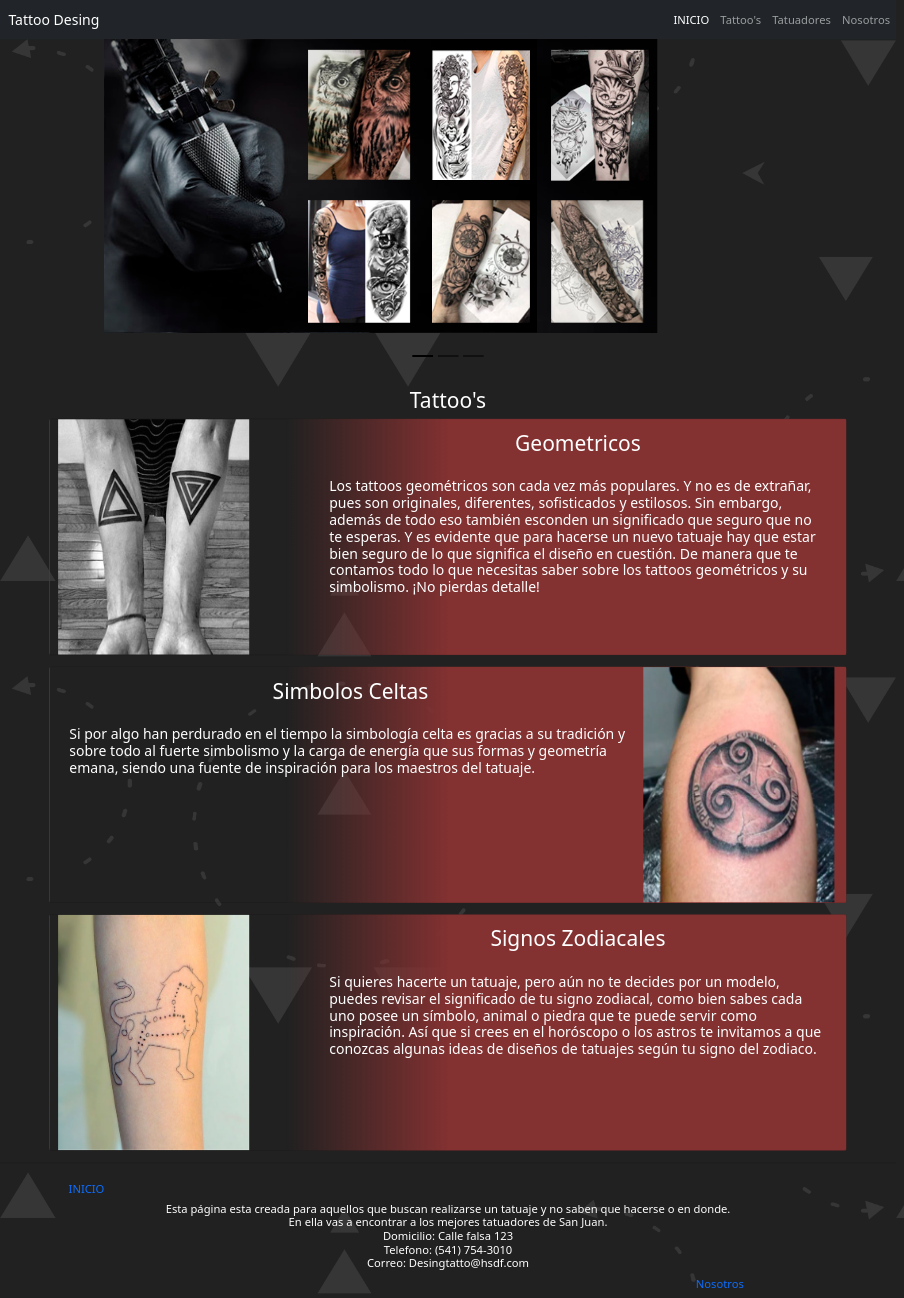
Repository: Vladimir-22/TatooDesign
Page: index.html
The author's editor kept a copy of each file at every save. The page is drawn from the files as they stood at one save, then again after the next save.
The browser window is 1280 px wide. The page is 1292 px wide, so the pictures cover 1292 px, including what lies to the right of the window. The pictures show the whole page, at 70% of full size.
Some web libraries are served in a nearby version.

Above is the page before, as saved 2021-05-19 23:04:54.

### index.html
<!DOCTYPE html>
<html lang="es">
  <head>
    <meta charset="UTF-8" />
    <meta http-equiv="X-UA-Compatible" content="IE=edge" />
    <meta name="viewport" content="width=device-width, initial-scale=1.0" />
    <link
      href="https://cdn.jsdelivr.net/npm/bootstrap@5.0.0-beta3/dist/css/bootstrap.min.css"
      rel="stylesheet"
      integrity="sha384-eOJMYsd53ii+scO/bJGFsiCZc+5NDVN2yr8+0RDqr0Ql0h+rP48ckxlpbzKgwra6"
      crossorigin="anonymous"
    />
    <script
      src="https://cdn.jsdelivr.net/npm/bootstrap@5.0.0-beta3/dist/js/bootstrap.bundle.min.js"
      integrity="sha384-JEW9xMcG8R+pH31jmWH6WWP0WintQrMb4s7ZOdauHnUtxwoG2vI5DkLtS3qm9Ekf"
      crossorigin="anonymous"
    ></script>
    <script
      src="https://cdn.jsdelivr.net/npm/bootstrap@5.0.0-beta3/dist/js/bootstrap.bundle.min.js"
      integrity="sha384-JEW9xMcG8R+pH31jmWH6WWP0WintQrMb4s7ZOdauHnUtxwoG2vI5DkLtS3qm9Ekf"
      crossorigin="anonymous"
    ></script>
    <script
      src="https://cdn.jsdelivr.net/npm/@popperjs/core@2.9.1/dist/umd/popper.min.js"
      integrity="sha384-SR1sx49pcuLnqZUnnPwx6FCym0wLsk5JZuNx2bPPENzswTNFaQU1RDvt3wT4gWFG"
      crossorigin="anonymous"
    ></script>
    <script
      src="https://cdn.jsdelivr.net/npm/bootstrap@5.0.0-beta3/dist/js/bootstrap.min.js"
      integrity="sha384-j0CNLUeiqtyaRmlzUHCPZ+Gy5fQu0dQ6eZ/xAww941Ai1SxSY+0EQqNXNE6DZiVc"
      crossorigin="anonymous"
    ></script>
    <link
      rel="stylesheet"
      href="https://use.fontawesome.com/releases/v5.8.1/css/all.css"
      integrity="sha384-50oBUHEmvpQ+1lW4y57PTFmhCaXp0ML5d60M1M7uH2+nqUivzIebhndOJK28anvf"
      crossorigin="anonymous"
    />
    <link rel="stylesheet" href="css/styles.css" />
    <title>Tattoo Desing</title>
  </head>

  <body>
    <nav class="navbar navbar-expand-lg navbar-dark bg-dark">
      <div class="container-fluid">
        <!-- <i class="fas fa-bars"></i> -->

        <div class="col-md-9">
          <a class="navbar-brand" href="#">Tattoo Desing</a>

          <button
            class="navbar-toggler"
            type="button"
            data-bs-toggle="collapse"
            data-bs-target="#navbarNav"
            aria-controls="navbarNav"
            aria-expanded="false"
            aria-label="Toggle navigation"
          >
            <span class="navbar-toggler-icon"></span>
          </button>
        </div>

        <div class="col-md-3 collapse navbar-collapse" id="navbarNav">
          <ul class="navbar-nav">
            <li class="nav-item">
              <a class="nav-link active" aria-current="page" href="#">INICIO</a>
            </li>
            <li class="nav-item">
              <a class="nav-link" href="tattoo's.html">Tattoo's</a>
            </li>
            <li class="nav-item">
              <a class="nav-link" href="tatuadores.html">Tatuadores</a>
            </li>
            <li class="nav-item">
              <a
                class="nav-link"
                href="nosotros.html"
                tabindex="-1"
                aria-disabled="true"
                >Nosotros</a
              >
            </li>
          </ul>
        </div>
      </div>
    </nav>

    <div class="container">
      <div class="row" id="carrusel">
        <div
          id="carouselExampleDark"
          class="carousel carousel-dark slide"
          data-bs-ride="carousel"
        >
          <div class="carousel-indicators">
            <button
              type="button"
              data-bs-target="#carouselExampleDark"
              data-bs-slide-to="0"
              class="active"
              aria-current="true"
              aria-label="Slide 1"
            ></button>
            <button
              type="button"
              data-bs-target="#carouselExampleDark"
              data-bs-slide-to="1"
              aria-label="Slide 2"
            ></button>
            <button
              type="button"
              data-bs-target="#carouselExampleDark"
              data-bs-slide-to="2"
              aria-label="Slide 3"
            ></button>
          </div>

          <div class="carousel-inner">
            <div class="carousel-item active" data-bs-interval="10000">
              <img
                id="imgCarrusel"
                src="./Agos/Carrusel/trae-tu-diseño.png"
                class="d-block w-20"
                alt="..."
              />
              <!-- <div class="carousel-caption d-none d-md-block">
                            <h5>First slide label</h5>
                            <p>Some representative placeholder content for the first slide.</p>
                        </div> -->
            </div>
            <div class="carousel-item" data-bs-interval="4000">
              <img
                id="imgCarrusel"
                src="./Agos/Carrusel/Tendencias.png"
                class="d-block w-20"
                alt="..."
              />
              <!-- <div class="carousel-caption d-none d-md-block">
                            <h5>Second slide label</h5>
                            <p>Some representative placeholder content for the second slide.</p>
                        </div> -->
            </div>
            <div class="carousel-item" data-bs-interval="2000">
              <img
                id="imgCarrusel"
                src="./Agos/Carrusel/Tatuadores-banner.png"
                class="d-block w-20"
                alt="..."
              />
              <!-- <div class="carousel-caption d-none d-md-block">
                            <h5>Third slide label</h5>
                            <p>Some representative placeholder content for the third slide.</p>
                        </div> -->
            </div>
          </div>

          <!-- <button class="carousel-control-prev" type="button" data-bs-target="#carouselExampleDark" data-bs-slide="prev">
                  <span class="carousel-control-prev-icon" aria-hidden="true"></span>
                  <span class="visually-hidden">Previous</span>
                </button>
                <button class="carousel-control-next" type="button" data-bs-target="#carouselExampleDark" data-bs-slide="next">
                  <span class="carousel-control-next-icon" aria-hidden="true"></span>
                  <span class="visually-hidden">Next</span>
                </button> -->
        </div>
      </div>

      <div class="row section2 text-center">
        <h1>Tattoo's</h1>
      </div>

      <div class="row">
        <!-- <div class="card mb-3">
                <img src="./Pedro/Categorías - Signos Zodiacales/Simbolos Celtas.PNG" class="card-img-top" alt="...">
                <div class="card-body">
                    <h5 class="card-title">Card title</h5>
                    <p class="card-text">This is a wider card with supporting text below as a natural lead-in to additional content. This content is a little bit longer.</p>
                    <p class="card-text"><small class="text-muted">Last updated 3 mins ago</small></p>
                </div>
            </div> -->

        <div id="Geometricos" class="card mb-3" style="max-width: auto">
          <div class="row g-0">
            <div class="col-md-4">
              <img
                id="imagen"
                src="./Pedro/Categorías - descripcion inicio/Tatuajes Geometricos.jpg"
                alt="..."
              />
            </div>
            <div class="col-md-8">
              <div class="card-body">
                <h1 class="card-title">Geometricos</h1>
                <br />
                <h5 id="descrip-gral" class="card-text">
                  Los tattoos geométricos son cada vez más populares. Y no es de
                  extrañar, pues son originales, diferentes, sofisticados y
                  estilosos. Sin embargo, además de todo eso también esconden un
                  significado que seguro que no te esperas. Y es evidente que
                  para hacerse un nuevo tatuaje hay que estar bien seguro de lo
                  que significa el diseño en cuestión. De manera que te contamos
                  todo lo que necesitas saber sobre los tattoos geométricos y su
                  simbolismo. ¡No pierdas detalle!
                </h5>
                <!-- <p class="card-text"><small class="text-muted">Última actualización 3 minutos</small></p> -->
              </div>
            </div>
          </div>
        </div>

        <div id="Celtas" class="card mb-3" style="max-width: auto">
          <div class="row g-0">
            <div class="col-md-9">
              <div class="card-body">
                <h1 class="card-title">Simbolos Celtas</h1>
                <br />
                <h5 id="descrip-gral" class="card-text">
                  Si por algo han perdurado en el tiempo la simbología celta es
                  gracias a su tradición y sobre todo al fuerte simbolismo y la
                  carga de energía que sus formas y geometría emana, siendo una
                  fuente de inspiración para los maestros del tatuaje.
                </h5>
                <!-- <p class="card-text"><small class="text-muted">Última actualización 3 minutos</small></p> -->
              </div>
            </div>
            <div class="col-md-3">
              <img
                id="imagen"
                src="./Pedro/Categorías - descripcion inicio/Simbolos Celtas.jpg"
                alt="..."
              />
            </div>
          </div>
        </div>

        <div id="Zodiacales" class="card mb-3" style="max-width: auto">
          <div class="row g-0">
            <div class="col-md-4">
              <img
                id="imagen"
                src="./Pedro/Categorías - descripcion inicio/Signos Zodiacales.jpg"
                alt="..."
              />
            </div>
            <div class="col-md-8">
              <div class="card-body">
                <h1 class="card-title">Signos Zodiacales</h1>
                <br />
                <h5 id="descrip-gral" class="card-text">
                  Si quieres hacerte un tatuaje, pero aún no te decides por un
                  modelo, puedes revisar el significado de tu signo zodiacal,
                  como bien sabes cada uno posee un símbolo, animal o piedra que
                  te puede servir como inspiración. Así que si crees en el
                  horóscopo o los astros te invitamos a que conozcas algunas
                  ideas de diseños de tatuajes según tu signo del zodiaco.
                </h5>
                <!-- <p class="card-text"><small class="text-muted">Última actualización 3 minutos</small></p> -->
              </div>
            </div>
          </div>
        </div>
      </div>
    </div>
  </body>
  <footer>
    <div class="footer" id="footer">
      <div id="footer" class="card mb-3" style="auto"></div>
        <div class="container">
            <div class="row">
                <div class="col">
                        <a class="nav-link active" aria-current="page" href="#">INICIO</a>
                    </div>
                </div>
                <div class="col-md-2"></div>
            </div>
            <div class="row">
                <div class="col"></div>
                <div class="col-md-8">
                    <h6 id="descrip-gral" class="card-text">
                        Esta página esta creada para aquellos que buscan realizarse un
                        tatuaje y no saben que hacerse o en donde. <br>
                        En ella vas a encontrar a los mejores tatuadores de San Juan.<br>
                        Domicilio: Calle falsa 123<br>
                        Telefono: (541) 754-3010<br>
                        Correo: Desingtatto@hsdf.com<br>
                    </h6>
                </div>
                <div class="col"></div>
            </div>
            <div class="row">
                <div class="col"></div>
                <div class="col"></div>
                <div class="col-md-3">
                    <a class="nav-link" href="nosotros.html" tabindex="-1" aria-disabled="true" >Nosotros</a>
                </div>
            </div>
      </div>
    </div>
  </footer>
</html>

### css/styles.css
body {
    margin: 0 !important;
    padding: 0;
    position: relative;
    /*width: 1440px;
    height: 1024px;*/
    background: #212121;
    background-image: url(../Daniela/Background.png);
    background-position: center;
    background-size: contain;
    /* font-family: NanumGothic; */
}

.section2 {
    margin-top: 7%;
    color: white;
}

.section3 {
    margin-top: 3%;
    color: white;
}

h1 {
    font-size: 30px;
}

h2 {
    font-size: 21px;
}

h3 {
    font-size: 18px;
}

h1,
h2,
h3 {
    color: white;
    text-align: center;
}
h6{
    color: white;
    text-align: center;
    font-weight:100;
}


/*.card img {
    width: 30%;
    height: 30%;
    align-content: center;
} */

nav {
    position: absolute;
    left: 0% !important;
    right: 0% !important;
    top: 0% !important;
    bottom: 0% !important;
    background: #000000 !important;
}

.carousel-indicators {
    left: 0% !important;
    right: 0% !important;
    top: 105% !important;
    bottom: 0% !important;
    margin-top: 0% !important;
}

.carousel-inner {
    left: 6% !important;
    right: 0% !important;
    top: 0% !important;
}



#Geometricos,
#Celtas,
#Zodiacales{
    background: linear-gradient(270deg, #833131 50%, rgba(131, 49, 49, 0) 70.34%);
    border-radius: 4px;
}

#nosotros
{
    background: none;
}

#descrip-gral {
    color: white;
}

#imagen {
    width: 273px;
    height: 336px;
}

#Celtas #imagen {
    right: 100% !important;
    top: 660px;
}
#footer {
    background: transparent;
    border-radius: 4px;
}

After the next save:
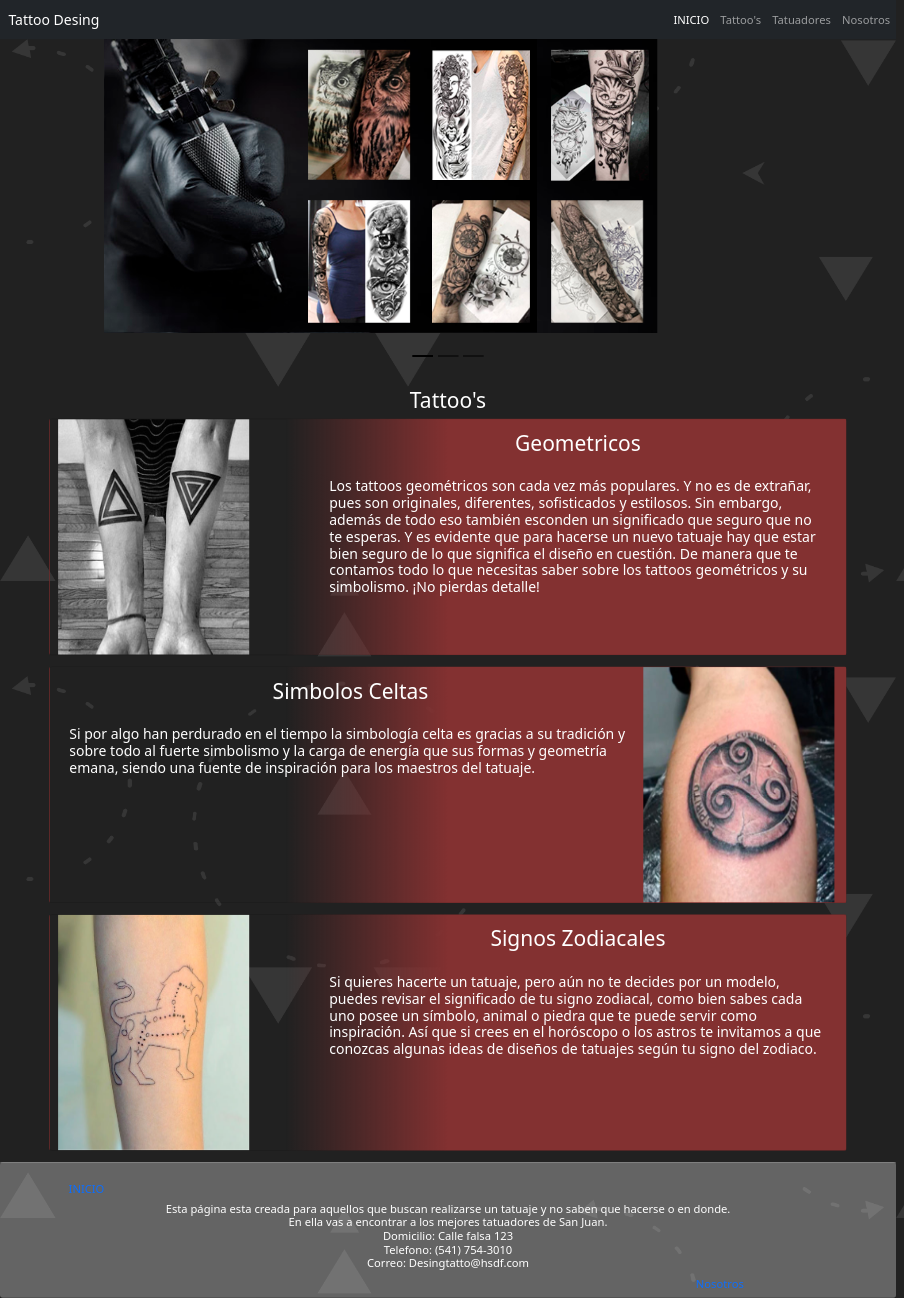
Saved 82 s later.
--- a/css/styles.css
+++ b/css/styles.css
@@ -103,6 +103,6 @@ nav {
     top: 660px;
 }
 #footer {
-    background: transparent;
+    background:  #f8f8f84f;
     border-radius: 4px;
 }
